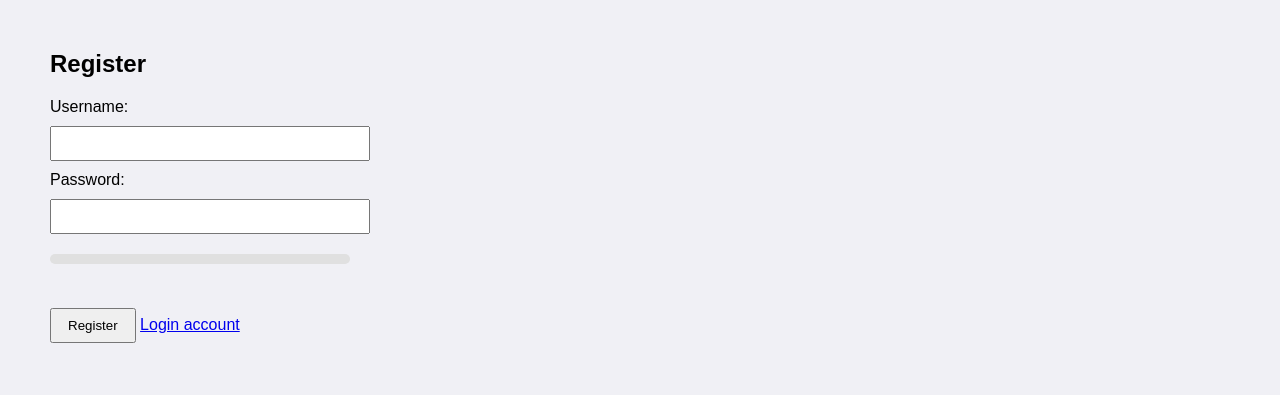
Repository: wolvicjohn/argon2
Page: http://localhost/register.php
These files come from the project's save history. The page is drawn as it stood at one moment and after a run of saves; the edit follows.
The browser window is 1280 px wide. The pictures show the whole page.
The page is run by PHP 8.4 with error messages shown; the project is at /var/www/html/.

Above is the page before, as saved 2024-10-18 02:08:36.

After the next 2 saves:
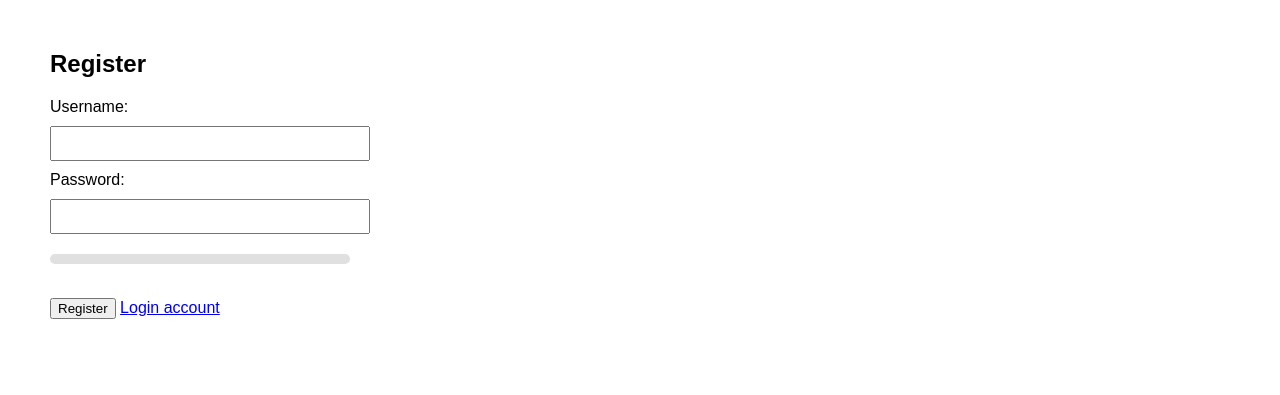
The 2 saves are shown as one change because they came seconds apart.
The last was saved 17 s later.
--- a/register.php
+++ b/register.php
@@ -1,44 +1,3 @@
-<?php
-// Database connection
-$host = 'localhost';
-$db = 'argon2_auth';
-$user = 'root';  // or your DB username
-$pass = '';      // or your DB password
-
-$dsn = "mysql:host=$host;dbname=$db;charset=utf8mb4";
-$options = [
-    PDO::ATTR_ERRMODE => PDO::ERRMODE_EXCEPTION,
-    PDO::ATTR_DEFAULT_FETCH_MODE => PDO::FETCH_ASSOC,
-];
-
-try {
-    $pdo = new PDO($dsn, $user, $pass, $options);
-} catch (PDOException $e) {
-    die("Database connection failed: " . $e->getMessage());
-}
-
-if ($_SERVER['REQUEST_METHOD'] === 'POST') {
-    $username = $_POST['username'];
-    $password = $_POST['password'];
-
-    // Check if the username is already taken
-    $stmt = $pdo->prepare('SELECT id FROM users WHERE username = ?');
-    $stmt->execute([$username]);
-    if ($stmt->fetch()) {
-        die('Username is already taken');
-    }
-
-    // Hash the password using Argon2
-    $passwordHash = password_hash($password, PASSWORD_ARGON2ID);
-
-    // Insert the new user into the database
-    $stmt = $pdo->prepare('INSERT INTO users (username, password_hash) VALUES (?, ?)');
-    $stmt->execute([$username, $passwordHash]);
-
-    echo "User registered successfully!";
-}
-?>
-
 <!DOCTYPE html>
 <html lang="en">
 
@@ -46,23 +5,15 @@
     <meta charset="UTF-8">
     <title>Register</title>
     <style>
-        /* Basic styling */
         body {
             font-family: Arial, sans-serif;
             margin: 50px;
-            background-color: #f0f0f5;
         }
 
         input {
             margin: 10px 0;
             padding: 8px;
             width: 300px;
-        }
-
-        button {
-            padding: 8px 16px;
-            margin-top: 10px;
-            cursor: pointer;
         }
 
         .password-strength {
@@ -85,11 +36,15 @@
         }
 
         .strength-medium {
-            background-color: orange;
+            background-color: yellow;
         }
 
         .strength-strong {
             background-color: green;
+        }
+
+        #strength-text {
+            margin-top: 5px;
         }
     </style>
 </head>
@@ -103,7 +58,6 @@
         <label for="password">Password:</label><br>
         <input type="password" name="password" id="password" required><br>
 
-        <!-- Password Strength Meter -->
         <div class="password-strength">
             <div class="strength-bar" id="strength-bar"></div>
         </div>
@@ -119,7 +73,6 @@
         const strengthText = document.getElementById('strength-text');
 
         passwordInput.addEventListener('input', () => {
-            console.log(passwordInput.value); // Debugging: Check input capture
             const strength = calculateStrength(passwordInput.value);
             updateStrengthMeter(strength);
         });
@@ -127,7 +80,6 @@
         function calculateStrength(password) {
             let strength = 0;
 
-            // Criteria for password strength
             if (password.length >= 8) strength++;
             if (/[A-Z]/.test(password)) strength++;
             if (/[a-z]/.test(password)) strength++;

After the save that followed:
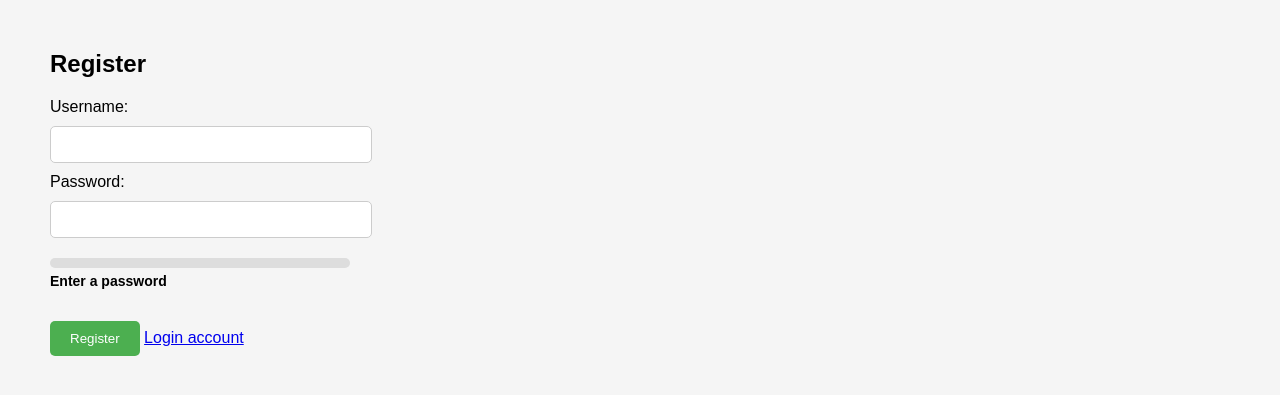
Console error: SyntaxError: Unexpected token '{'
Saved 12 s later.
--- a/register.php
+++ b/register.php
@@ -1,3 +1,43 @@
+<?php
+// Database connection
+$host = 'localhost';
+$db = 'argon2_auth';
+$user = 'root'; // Your database username
+$pass = '';     // Your database password
+
+$dsn = "mysql:host=$host;dbname=$db;charset=utf8mb4";
+$options = [
+    PDO::ATTR_ERRMODE => PDO::ERRMODE_EXCEPTION,
+    PDO::ATTR_DEFAULT_FETCH_MODE => PDO::FETCH_ASSOC,
+];
+
+try {
+    $pdo = new PDO($dsn, $user, $pass, $options);
+} catch (PDOException $e) {
+    die("Database connection failed: " . $e->getMessage());
+}
+
+if ($_SERVER['REQUEST_METHOD'] === 'POST') {
+    $username = $_POST['username'];
+    $password = $_POST['password'];
+
+    // Check if username exists
+    $stmt = $pdo->prepare('SELECT id FROM users WHERE username = ?');
+    $stmt->execute([$username]);
+    if ($stmt->fetch()) {
+        die('Username already taken');
+    }
+
+    // Hash password with Argon2
+    $passwordHash = password_hash($password, PASSWORD_ARGON2ID);
+
+    // Insert user into database
+    $stmt = $pdo->prepare('INSERT INTO users (username, password_hash) VALUES (?, ?)');
+    $stmt->execute([$username, $passwordHash]);
+
+    echo "User registered successfully!";
+}
+?>
 <!DOCTYPE html>
 <html lang="en">
 
@@ -8,27 +48,39 @@
         body {
             font-family: Arial, sans-serif;
             margin: 50px;
+            background-color: #f5f5f5;
         }
 
         input {
             margin: 10px 0;
-            padding: 8px;
+            padding: 10px;
             width: 300px;
+            border: 1px solid #ccc;
+            border-radius: 5px;
+        }
+
+        button {
+            padding: 10px 20px;
+            cursor: pointer;
+            background-color: #4CAF50;
+            color: white;
+            border: none;
+            border-radius: 5px;
         }
 
         .password-strength {
             margin-top: 10px;
             height: 10px;
             width: 300px;
-            background-color: #e0e0e0;
+            background-color: #ddd;
             border-radius: 5px;
             overflow: hidden;
         }
 
         .strength-bar {
             height: 100%;
-            width: 0;
-            transition: width 0.3s;
+            width: 0%;
+            transition: width 0.3s ease-in-out;
         }
 
         .strength-weak {
@@ -36,15 +88,17 @@
         }
 
         .strength-medium {
-            background-color: yellow;
+            background-color: orange;
         }
 
         .strength-strong {
             background-color: green;
         }
 
-        #strength-text {
+        .message {
             margin-top: 5px;
+            font-size: 14px;
+            font-weight: bold;
         }
     </style>
 </head>
@@ -61,10 +115,10 @@
         <div class="password-strength">
             <div class="strength-bar" id="strength-bar"></div>
         </div>
-        <p id="strength-text"></p><br>
+        <p class="message" id="strength-text">Enter a password</p><br>
 
         <button type="submit">Register</button>
-        <a href="login.php" class="button">Login account</a>
+        <a href="login.php">Login account</a>
     </form>
 
     <script>
@@ -73,7 +127,8 @@
         const strengthText = document.getElementById('strength-text');
 
         passwordInput.addEventListener('input', () => {
-            const strength = calculateStrength(passwordInput.value);
+            const password = passwordInput.value;
+            const strength = calculateStrength(password);
             updateStrengthMeter(strength);
         });
 
@@ -90,20 +145,23 @@
         }
 
         function updateStrengthMeter(strength) {
-            strengthBar.className = '';  // Reset bar style
+            // Reset the strength bar
+            strengthBar.className = 'strength-bar';
+            strengthBar.style.width = ${ strength * 20 }%;
 
+            // Set the color and text based on strength
             if (strength <= 1) {
-                strengthBar.style.width = '20%';
                 strengthBar.classList.add('strength-weak');
                 strengthText.textContent = 'Weak';
+                strengthText.style.color = 'red';
             } else if (strength <= 3) {
-                strengthBar.style.width = '60%';
                 strengthBar.classList.add('strength-medium');
                 strengthText.textContent = 'Medium';
+                strengthText.style.color = 'orange';
             } else {
-                strengthBar.style.width = '100%';
                 strengthBar.classList.add('strength-strong');
                 strengthText.textContent = 'Strong';
+                strengthText.style.color = 'green';
             }
         }
     </script>
